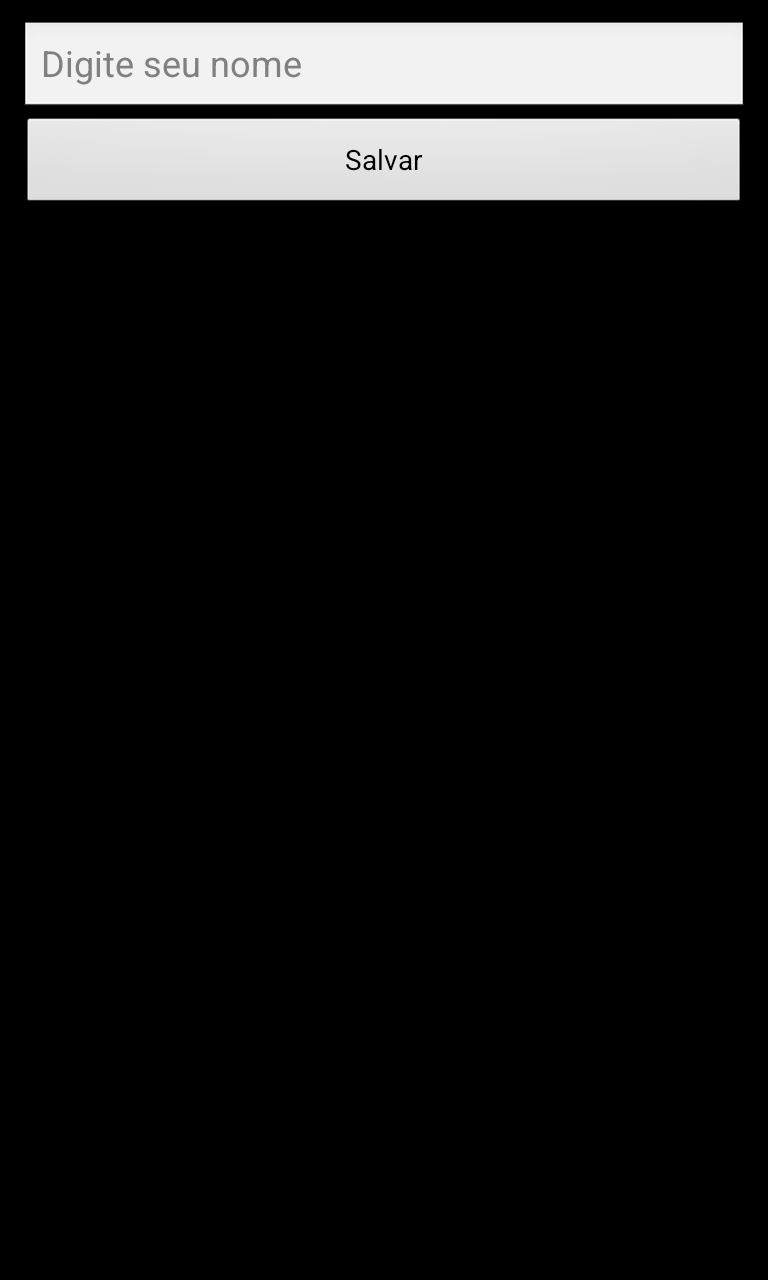
Repository: JoelmirMoura/AppMensagem
Layout: Mensagem/res/layout/config.xml
An editor plug-in stored every save of this project. The layout is shown before and after the next save, followed by the edit.
It is drawn on a 768 x 1280 px phone screen (xhdpi) without system bars, with theme android:Theme; the app's code is not run.

Above is the layout before, as saved 2026-04-27 17:51:36.

### Mensagem/res/layout/config.xml
<LinearLayout xmlns:android="http://schemas.android.com/apk/res/android"
    android:orientation="vertical"
    android:padding="10dp"
    android:layout_width="fill_parent"
    android:layout_height="fill_parent">

    <EditText
        android:id="@+id/editNome"
        android:layout_width="fill_parent"
        android:layout_height="wrap_content"
        android:hint="Digite seu nome"/>

    <Button
        android:id="@+id/btnSalvar"
        android:layout_width="fill_parent"
        android:layout_height="wrap_content"
        android:text="Salvar"/>
</LinearLayout>

After the next save:
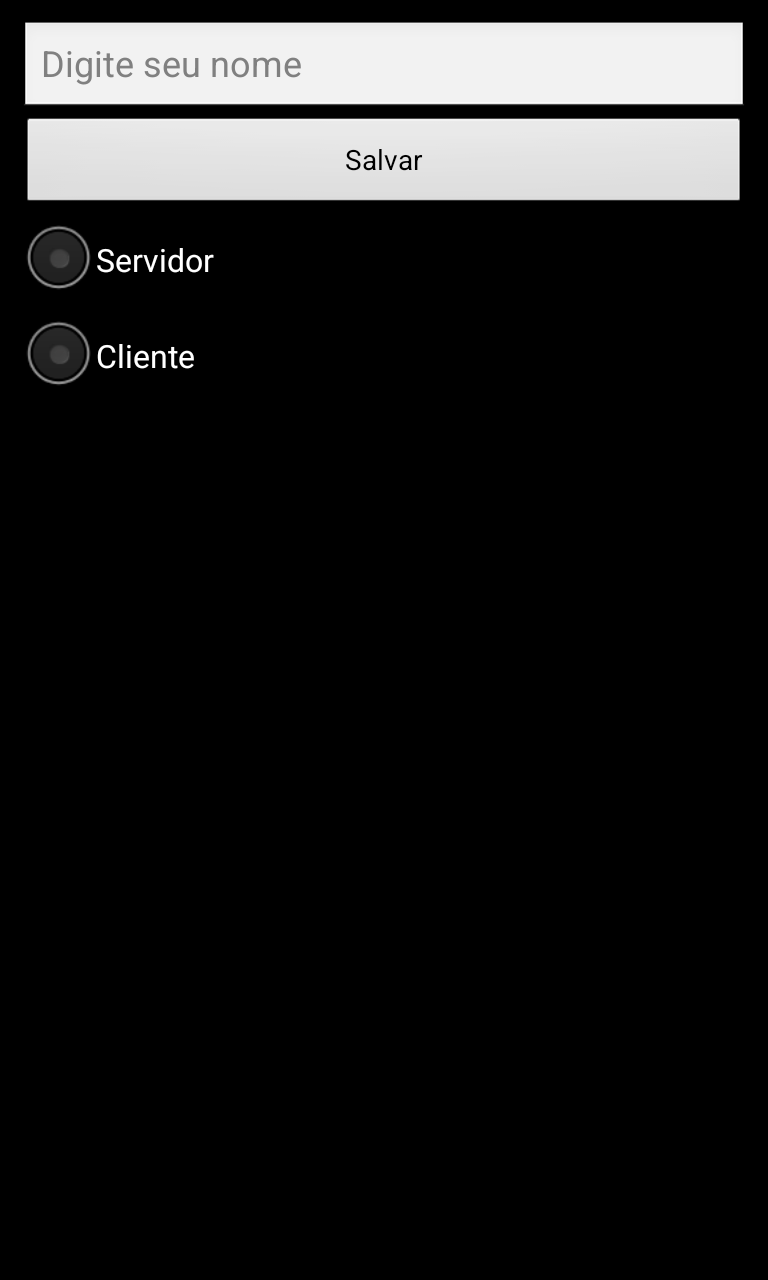
Saved 18 min 43 s later.
--- a/Mensagem/res/layout/config.xml
+++ b/Mensagem/res/layout/config.xml
@@ -15,4 +15,19 @@
         android:layout_width="fill_parent"
         android:layout_height="wrap_content"
         android:text="Salvar"/>
+
+        <RadioGroup
+    android:id="@+id/radioModo"
+    android:layout_width="wrap_content"
+    android:layout_height="wrap_content">
+
+    <RadioButton
+        android:id="@+id/radioServer"
+        android:text="Servidor" />
+
+    <RadioButton
+        android:id="@+id/radioClient"
+        android:text="Cliente" />
+
+</RadioGroup>
 </LinearLayout>
